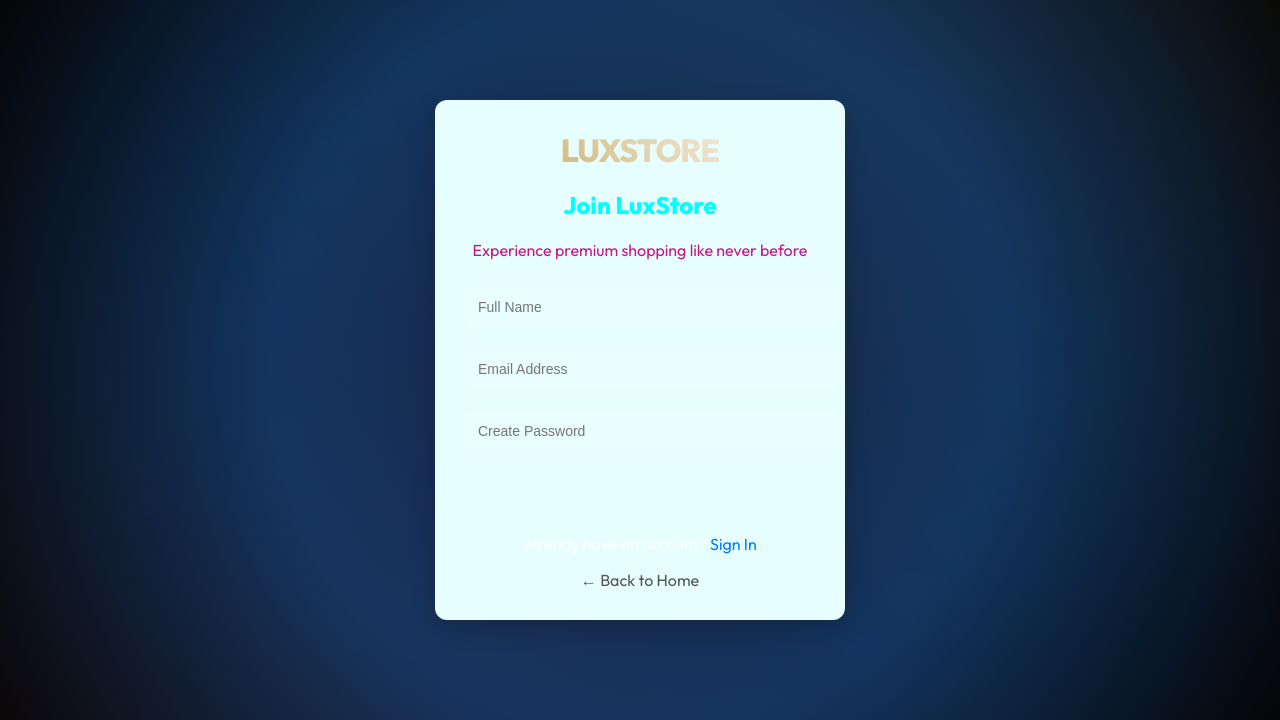
Repository: pradeepkumarh-17/Ecommerce
Page: http://localhost/EcomStore/views/auth/register.jsp
The author's editor kept a copy of each file at every save. The page is drawn from the files as they stood at one save, then again after the next save.
The browser window is 1280 px wide. The pictures show the whole page.
Some web libraries are served in a nearby version. The page is served by Tomcat 10.

Above is the page before, as saved 2026-05-03 08:03:40.

After the next save:
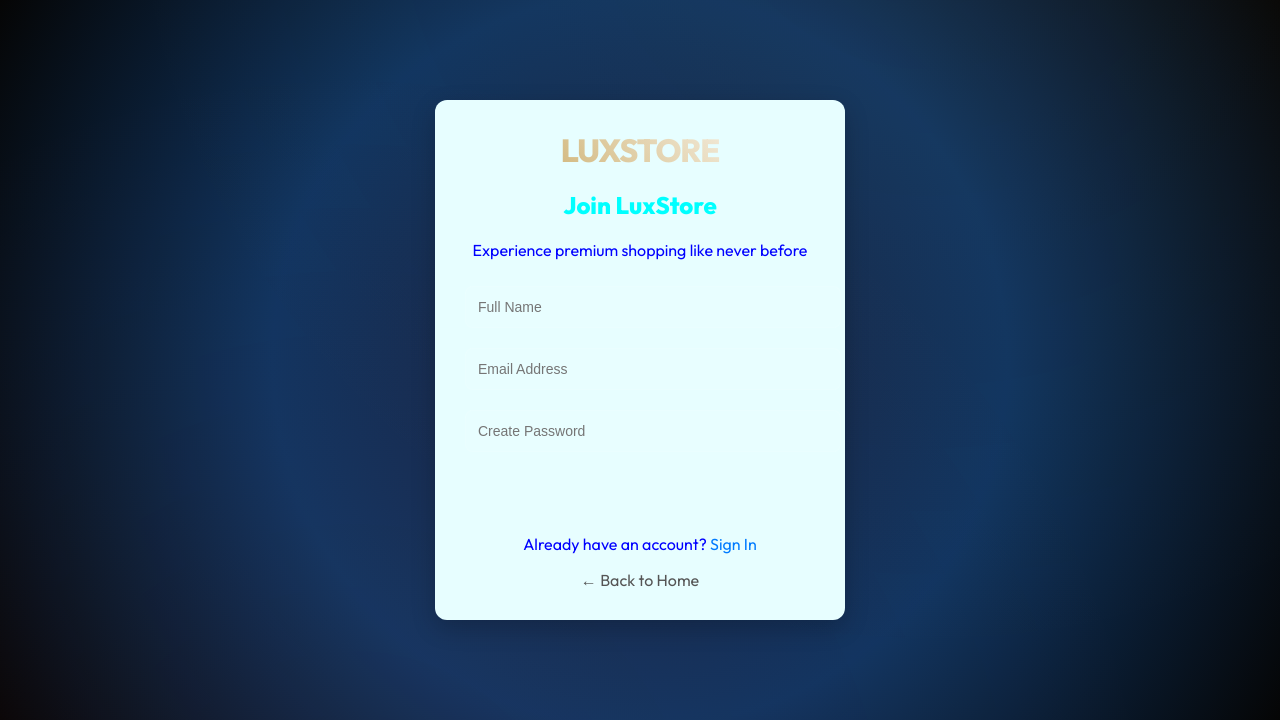
Saved 49 s later.
--- a/EcomStore/src/main/webapp/assets/css/auth.css
+++ b/EcomStore/src/main/webapp/assets/css/auth.css
@@ -90,3 +90,7 @@ body {
     color: red;
     margin-bottom: 10px;
 }
+
+.auth-box p{
+	color:blue;
+}
